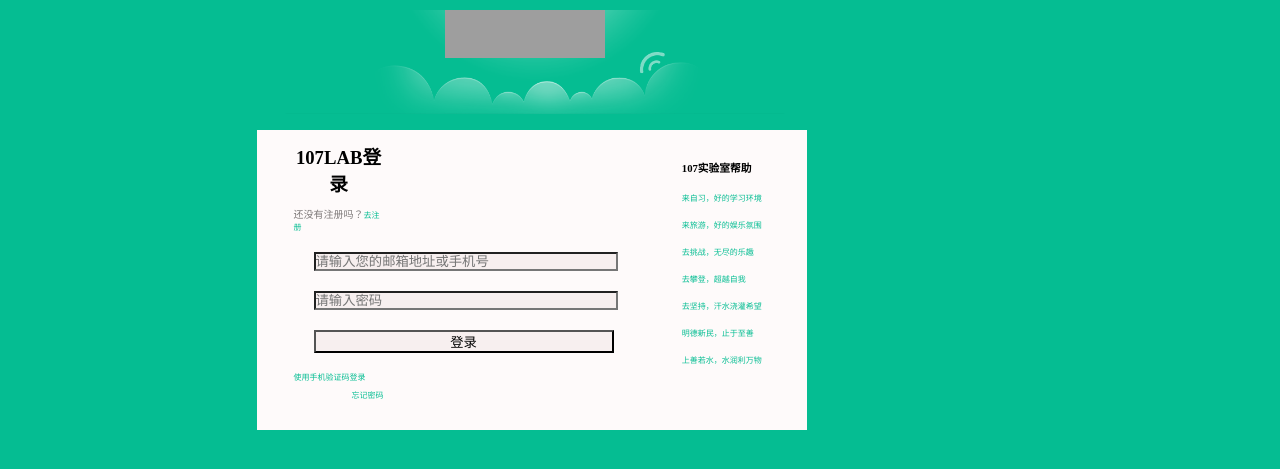
Repository: zz-yy/2023_homework
Page: 第一次考核作业/mazehua/index.html
The author's editor kept a copy of each file at every save. The page is drawn from the files as they stood at one save, then again after the next save.
The browser window is 1280 px wide. The pictures show the whole page.
Pictures or frames that could not be fetched are drawn as grey boxes.

Above is the page before, as saved 2024-04-04 22:40:17.

After the next save:
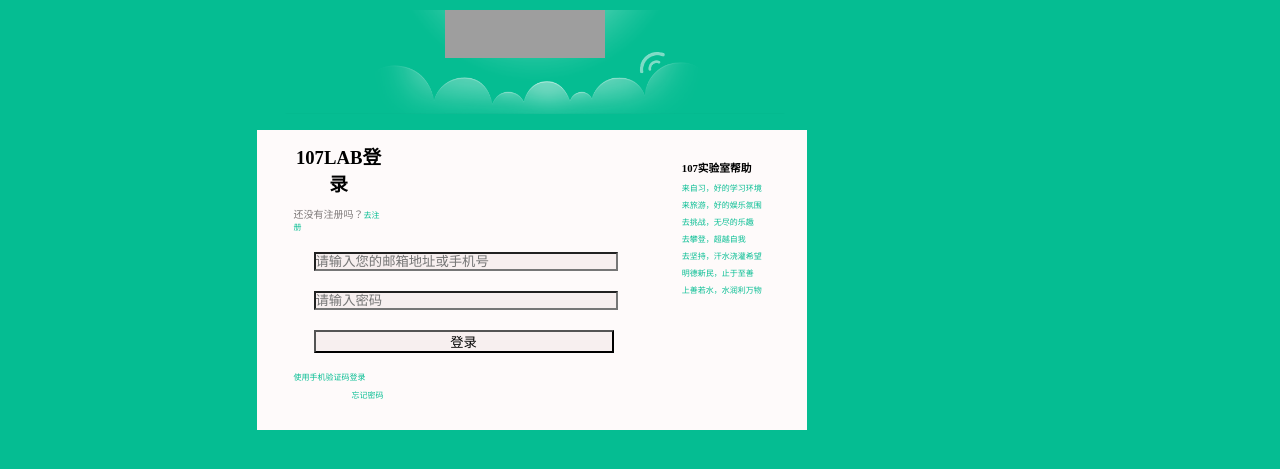
Saved 3 s later.
--- a/第一次考核作业/mazehua/index.css
+++ b/第一次考核作业/mazehua/index.css
@@ -51,7 +51,7 @@ h3{
 
 li {
     width:90px;
-    height: 20px;
+    height: 10px;
     list-style: none;
     padding: 0px 0px;
     margin: 7px;
